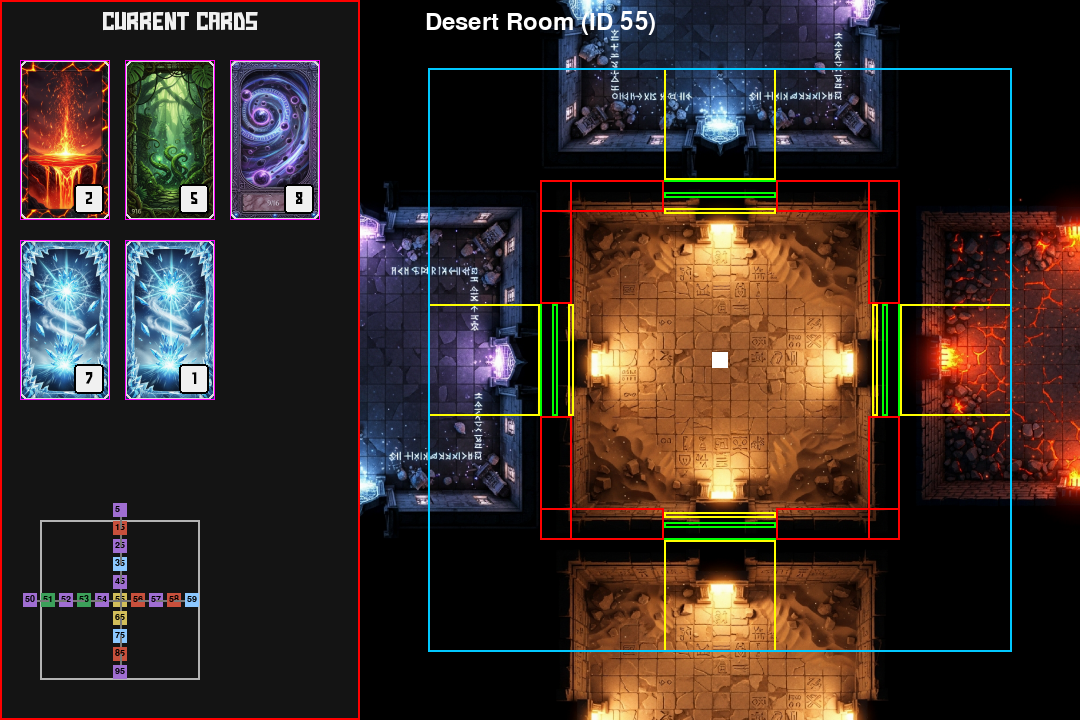
Repository: MehediMim/GateBound
Script's output: python main.py
An editor plug-in stored every save of this project. The script's output is shown before and after the next save, followed by the edit.
The window is shown after at most 60 frames with no key pressed. Random numbers start from a fixed seed. It also reads assets/bg_arcane.png, assets/bg_desert.png, assets/bg_ice.png, assets/bg_jungle.png, assets/bg_volcanic.png, assets/card_arcane.jpeg, assets/card_desert.jpeg, assets/card_ice.jpeg, assets/card_jungle.jpeg, assets/card_volcanic.jpeg, assets/retro.ttf.

Above is the script's output before, as saved 2026-01-26 19:51:51.

After the next save:
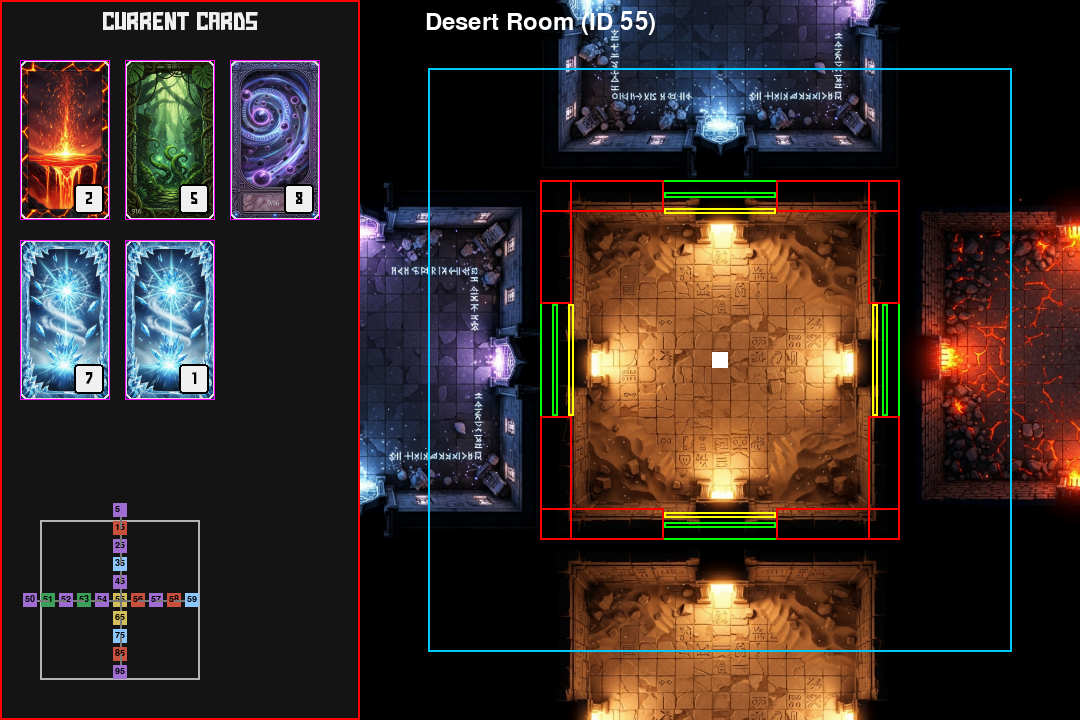
Saved 62 s later.
--- a/main.py
+++ b/main.py
@@ -366,8 +366,6 @@ def draw_debug_borders():
     pygame.draw.rect(screen, (0, 255, 0), ROOM_RECT, 2)
 
     # Doors
-    for r in DOORS.values():
-        pygame.draw.rect(screen, (255, 255, 0), r, 2)
     for w in get_blocking_walls():
         pygame.draw.rect(screen, (255, 0, 0), w, 2)
 
